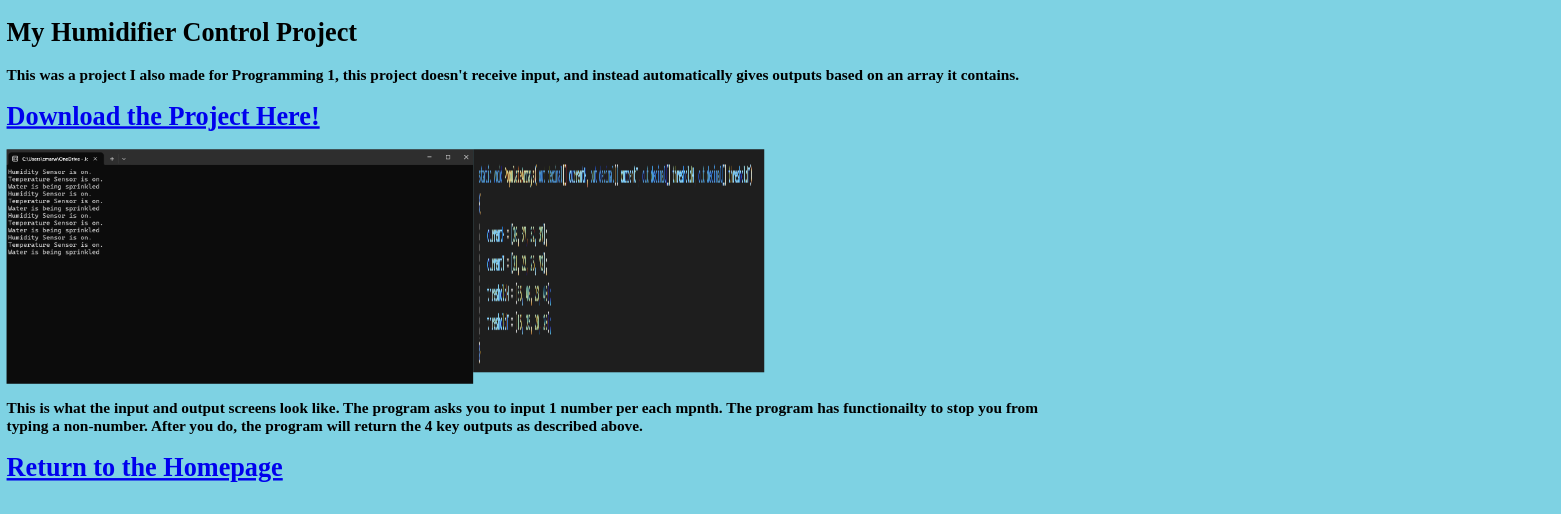
Repository: captainm64/captainm64
Page: projectshow2.html
An editor plug-in stored every save of this project. The page is shown before and after the next save, followed by the edit.
The browser window is 1280 px wide. The page is 1904 px wide, so the pictures cover 1904 px, including what lies to the right of the window. The pictures show the whole page, at 82% of full size.

Above is the page before, as saved 2026-05-12 10:24:18.

After the next save:
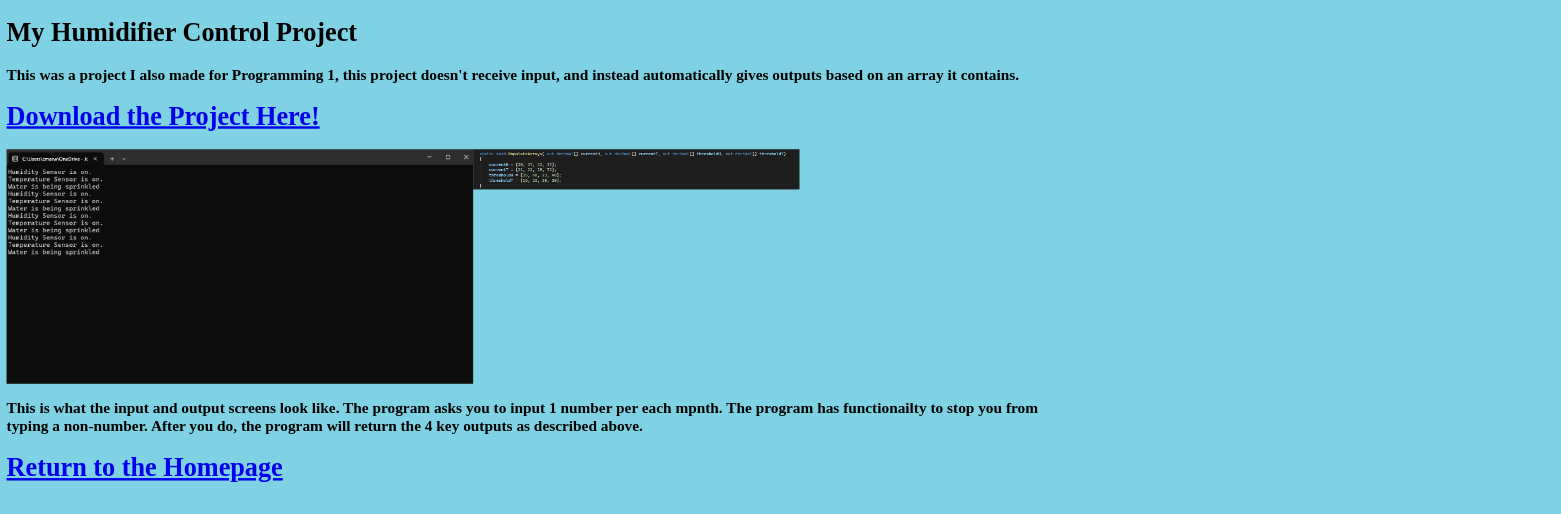
Saved 21 s later.
--- a/styles/index.css
+++ b/styles/index.css
@@ -45,6 +45,12 @@ img{
 
    height: 50rem;
    width: 80rem
+}
+
+.img2{
+
+      height: 30%;
+      width: 100%
 }
 
 #Main{
